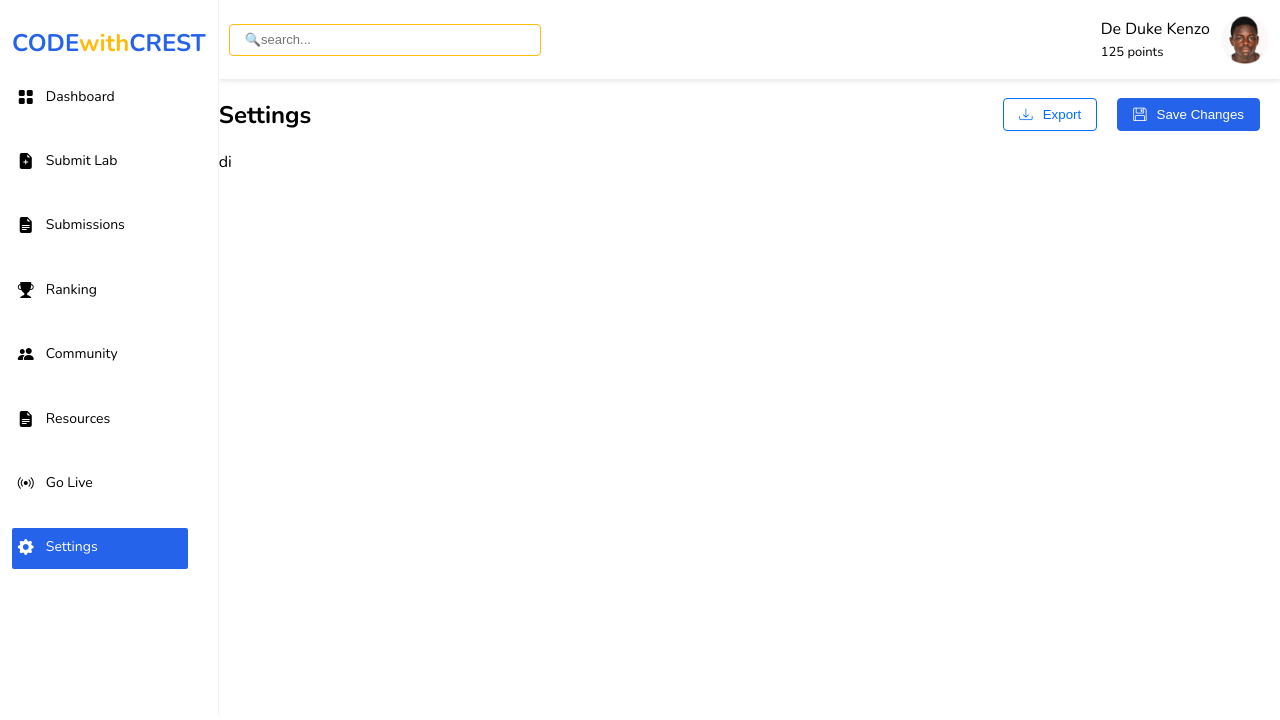
Repository: CarlTeclancing/codewithcrest
Page: /dashboard/settings
The author's editor kept a copy of each file at every save. The page is drawn from the files as they stood at one save, then again after the next save.
The browser window is 1280 px wide. The pictures show the whole page.
The project was rebuilt for these pictures with package versions that can differ from the ones it lists, and the page was loaded fresh each time. Also part of the build but not shown: vite.config.js, src/pages/Dashboard/dashboard.css, globals.js, src/pages/Dashboard/Dashboard.jsx, src/pages/ranking/ranking.css, src/components/UserCard.jsx, src/pages/ranking/Ranking.jsx, src/components/GuideLines.jsx and 18 more.

Above is the page before, as saved 2025-09-10 14:41:21.

### index.html
<!doctype html>
<html lang="en">
  <head>
    <meta charset="UTF-8" />
    <link rel="icon" type="image/svg+xml" href="./src/assets/react.svg" />
    <meta name="viewport" content="width=device-width, initial-scale=1.0" />
    <title>CODEwithCREST</title>
    <link rel="stylesheet" href="https://cdn.jsdelivr.net/npm/bootstrap-icons@1.13.1/font/bootstrap-icons.min.css">
    <!-- fonts-->
     <link rel="preconnect" href="https://fonts.googleapis.com">
     <link rel="preconnect" href="https://fonts.gstatic.com" crossorigin>
     <link href="https://fonts.googleapis.com/css2?family=Nunito:ital,wght@0,200..1000;1,200..1000&display=swap" rel="stylesheet">
  </head>
  <body>
    <div id="root"></div>
    <script type="module" src="/src/main.jsx"></script>
  </body>
</html>

### src/main.jsx
import { StrictMode } from 'react'
import { createRoot } from 'react-dom/client'
import './index.css'
import App from './App.jsx'
import 'react-responsive-modal/styles.css';


createRoot(document.getElementById('root')).render(
  <StrictMode>
    <App/>
  </StrictMode>,
)

### src/index.css
:root {
  /* CSS variables */
   --primary-color: #5B0C4E;
   --primary-color-hover: #5b0c4edc;
   --bg-color: #FFFAFE;
   --bg-white: #ffffff;
   --text-color: #262626;
   --border-color: #93B4FD;
   --bg-tab: #DECADB;

   --pending: #EA5254;
   --completed: #3CDA7D;
   --in-progress: #F9BD3B;

   --primary-white-color: white;
   --primary-black-color: black;
   --primary-error-color: red;
 }

body{
  /* border: solid 1px blue; */
  margin: 0%;
  width: 100%;
  height: auto;
  /* display: flex; */
  /* justify-content: center; */
  font-family: "Nunito", sans-serif;
  font-optical-sizing: auto;
  font-weight: 400;
  font-style: normal;
  overflow-x: hidden;
}
/* .post{
  width: 80%;
  display: flex;
  flex-direction: row;
  flex-wrap: wrap;
  align-items: center;
  justify-content: center;
}
.individual-post{
  width: 500px;
  height: auto;
  background-color: rgba(0, 0, 0, 0.05);
  margin: 12px;
  padding: 24px;
  border-radius: 12px;
  border: 1px solid rgba(0, 0, 0, 0.05);
  color: black;
} */

### src/App.jsx
import React  from 'react'
import { createBrowserRouter, RouterProvider ,Route ,Routes } from 'react-router-dom'

import Dashboard from './pages/Dashboard/Dashboard.jsx'
import Ranking from './pages/ranking/Ranking.jsx'
import Submission from './pages/submission/Submission.jsx'

import SubmitLab from './pages/submitLab/SubmitLab.jsx'
import Community from './pages/community/Community.jsx'
import Resources from './pages/resources/Resources.jsx'
import Assistant from './pages/assistant/Assistant.jsx'
import Login from './pages/auths/login/Login.jsx'
import Register from './pages/auths/register/_Register.jsx'
import PersonalInfo from './pages/auths/register/PersonalInfoForm.jsx'
import Experience from './pages/auths/register/ExperienceForm.jsx'
import Program from './pages/auths/register/ProgramForm.jsx'
import { UserProvider } from './providers/userProvider.jsx'
import DashboardLayout from './Layout/DashboardLayout.jsx'
import Subscribe from './pages/subscribe/Subscribe.jsx'
import GoLive from './pages/golive/GoLive.jsx'
import Setting from './pages/settings/Setting.jsx'

function App() {

  const router = createBrowserRouter([
    {path:'/', element:<Login />},
    // No landing page
    // Auth pages
    {path:'/login',  index:true,element:<Login />},
    {path:'/register', element:<Register />},
    {path:'/personal-information', element:<PersonalInfo />},
    {path:'/program', element:<Program />},
    {path:'/experience', element:<Experience/>},

    // Subscribtion page
    {
      path:'/subscribe',
      element:<Subscribe/>
    },

    // Dashboard pages
    {
      path:'/dashboard',
      element:<DashboardLayout/>,
      children:[
        {
          index:true,
          element:<Dashboard/>
        },
        {path:'submissions', element:<Submission />},
        {path:'submitlab', element:<SubmitLab />},
        {path:'community', element:<Community />},
        {path:'ranking', element:<Ranking />},
        {path:'resources', element:<Resources />},
        {path:'golive', element:<GoLive />},
        {path:'settings', element:<Setting />},

      ]
    },

    // {path:'/ranking', element:<Ranking />},
    // {path:'/bugtracking', element:<BugTracking />},
    // {path:'/hello', element:<Hello />},
    // {path:'/assistant', element:<Assistant />}

  ]);

  return (
    <>
      <UserProvider>
        <RouterProvider router={router} />
      </UserProvider>
    </>
  )
}

export default App

const Temp = () => {
  return(
    <>
      testing temp comp
    </>
  )
}

### src/providers/userProvider.jsx
import React ,{createContext ,useState} from "react";


const UserContext = createContext()

export const UserProvider = ({children}) => {
    const [user ,setUser] = useState()

    return (<UserContext.Provider value={{user:user ,setUser:setUser}}  >{children}</UserContext.Provider>)
}

export default UserContext

### src/Layout/DashboardLayout.jsx
import React from "react";
import Sidebar from "../components/Sidebar";
import { Outlet } from "react-router-dom";
import Header from "../components/Header";
import '../styles/layout.css'


const DashboardLayout = () => {
    return(
        <React.Fragment>
            <div style={{border:'solid 0px blue',display:'flex' }}>
                <Sidebar/>

                <div style={{border:'solid 0px red' ,flex:1 ,display:'flex', flexDirection:'column'}}>
                    <div>
                        <Header/>
                    </div>
                    <div>
                        <Outlet/>
                    </div>
                </div>
            </div>

        </React.Fragment>
    )
}

export default DashboardLayout

### src/pages/settings/Setting.jsx
import React, {useState ,useEffect} from 'react'

function Setting() {
  return (
    <div>
        <div style={{display:'flex', justifyContent:'space-between'}}>
            <h2>Settings</h2>
            <div style={{display:'flex', alignItems:'center'}}>
                <button className='btnl'>
                    <i class="bi bi-download" style={{marginRight:'10px'}}></i>
                    Export
                </button>
                <button>
                    <i class="bi bi-floppy" style={{marginRight:'10px'}} ></i>
                    Save Changes
                </button>
            </div>
        </div>

        di
    </div>
  )
}

export default Setting

### src/pages/submitLab/submitlab.css
.labs-container{
    display: flex;
    flex-direction: column;
    padding: 0px 10px;
    gap: 15px;
}
.lab-info{
    display: flex;
    padding: 20px;
    border-radius: 10px;
    flex-direction: column;
    border: 1px solid rgba(168, 122, 5 ,0.5);
}
.headline{
    display: flex;
    align-items: center;
    justify-content: space-between;
    line-height: 0%;
}
.headline h3{
    /* font-size: x-large; */
    font-weight:800;
}
.bottom-line{
    display: flex;
    align-items: center;
    justify-content: space-between;
    font-size: small;
}
.points{
    font-size: small;
}
.hashtags{
    /* width: auto; */
    border: solid 1px rgba(0,0,255 ,0.3);
    padding: 10px;
    font-size: x-small;
    color: #006EFF;
    border-radius: 6px;
    background-color: #E3F2FD;
}
.inactive-btn{
    color: #2563EB;
    background-color: white;
    border: solid 1px #2563EB;
}
.deadline{
    color: #006EFF;
    margin-right: 25px;
}
.task{
    color: grey;
}
.form-group{
  display: flex;
  align-items:center;
  margin-bottom: 15px;
}
.form-group > div {
  flex: 1; /* Makes both fields take equal space */
  margin-right: 10px;
}
.form-group > div:last-child {
  margin-right: 0; /* Remove margin from the last child */
}
button{
    color: black;
    padding: 5px 8px;
    margin-right: 20px;
}
button:hover, .button.active{
  cursor: pointer;
  border-radius: 2px;
  color: white;
  border: 1px solid #2563EB;
  background-color: #2563EB;
}
.upload{
    padding: 20px;
    width: 60%;
    height: 160px;
    place-self: center;
    display: flex;
    margin: 25px 0;
    border-radius: 5px;
    flex-direction: column;
    text-align: center;
    align-items: center;
    justify-content: center;
    border: 1px dashed black;
}
.upload input{
    padding: 5px 8px;
    place-self: center;
}
.upload span{
 color: #959595;
 font-size: 10px;
}

th{
    color: #959595;
    font-weight: lighter;
    background-color: #E3F2FD;
}
td{
    padding: 8px 15px;
    font-size: 12px;
    font-weight: lighter;
}
.url{
    color: #006EFF;
}
.nav{
    width: 95%;
    display: flex;
    align-items: center;
    justify-content: space-between;
}
label, input::placeholder{
    font-size: 13px;
}
.btnl{
    color: #006EFF;
    background-color: white;
    border: 1px solid #006EFF;
}
.bar a{
    color: black;
    font-weight: 12px;
    margin-left: 25px;
    font-weight: lighter;
    text-decoration: none;
}

### src/pages/community/community.css
.community-page{
    display: flex;
    gap: 20px;
    /* padding-right: 20px; */
}
.form-post span{
    margin-right: 10px;
}
.left-side{
    /* width: 60%; */
    flex: 1;
    display: flex;
    /* margin-right: 20px; */
    flex-direction: column;
}
.right-side{
    width: 250px;
    display: flex;
    flex-direction: column;
    font-size: small;
    gap: 15px;
}
.firstline{
    display: flex;
    align-items: center;
}
.contributor-info{
    display: flex;
    flex-direction: column;
    /* border: solid 1px red; */
    padding: 0;
    margin: 0;
    line-height: normal;
}
.contributors img{
  width: 40px;
  height: 40px;
  background-color: rgba(0,0,0,0.2);
  border-radius: 50%;
  margin-right: 20px;
}
input{
    height: 23px;
}
textarea{
    height: 70px;
}
input, textarea{
    width:90%;
    outline: none;
    padding: 5px 10px;
    border-radius: 3px;
    border: 1px solid #959595;
}
.bottom{
    display: flex;
    align-items: center;
    justify-content: space-between;
}
.add a{
    color: #959595;
    margin-right: 15px;
    text-decoration: none;
}
.bottom button{
    color: white;
    padding: 8px 12px;
    border-radius: 6px;
    border: 1px solid #9b83fc;
    background-color: #9b83fc;
}
.trends{
    display: flex;
    justify-content: space-between;
}
.hashtag{
    color: #9b83fc;
}
.top-contributors{
    display: flex;
    flex-direction: column;
    gap: 7px;
}
.contributors, .top-contributors{
    margin: 0% !important;
}
.contributors{
    display: flex;
    align-items: center;
}
.contributor-point{
    color: #959595;
}
.suggestion{
    padding: 5px 10px;
    margin-bottom: 10px;
    border-radius: 4px;
    background-color: #f3f2f2;
}
.level-name{
    color: #16A34A;
}
.suggestion p, .level-point{
    color: #959595;
}
.post-profile{
    display: flex;
    padding: 10px 0px;
    align-items: center;
    gap: 5px;
}
.form-post{
    padding: 0px 20px;
    border-radius: 3px;
    margin-bottom: 10px;
    border: 1px solid #959595;
}
.post-profile img{
    width: 45px;
    height: 45px;
    background-color: rgba(0,0,0,0.2);
    border-radius: 20px;
}
.post-profile .name{
    font-weight: bold;
}
.post-profile .time{
    font-size: small;
    color: grey;
}
.post-profile-info{
    display: flex;
    flex-direction: column;
}

### src/pages/resources/resource.css
button{
  color: white;
  padding: 8px 15px;
  border-radius: 4px;
  background-color: #2563EB;
  border: 1px solid #2563EB;
}
.library{
    display: flex;
    padding: 10px;
    border-radius: 5px;
    flex-direction: column;
    border: 1px solid rgba(0,0,0,0.2);
}
.nav-link{
    display: flex;
    align-items: center;
    justify-content: space-between;
}
.nav-link a, .bln{
    padding: 5px 10px;
    color: black;
    text-decoration: none;
    border-radius: 5px;
    background-color: #f0efef;
}
.nav-link a:hover{
    color: white;
    background-color: #2563EB;
}
.nav{
    display: flex;
    width: 40%;
    flex-direction: left;
}
.resource-block{
    /* width: 100%; */
    display: flex;
    overflow: hidden;
    justify-content: space-between;
}
.resource-box{
    min-width: 275px;
    height: 150px;
    padding: 0px 15px;
    /* margin-right: 15px; */
    border-radius: 5px;
    /* margin-bottom: 10px; */
    border: 1px solid rgba(0,0,0,0.2);
}
.left-block{
    /* width: 73%; */
    flex: 1;
    /* border: solid 1px red; */
    display: flex;
    gap: 10px;
    row-gap: 0px;
    flex-wrap: wrap;
}
.right-block{
 width: 200px;
 font-size: small;
 display: flex;
 flex-direction: column;
 gap: 10px;
}
.right-bar{
 padding:10px 15px;
 border-radius: 5px;
 border: 1px solid rgba(0,0,0,0.2);
}
.post-profile-info .name{
    margin: 0%;
}
.headline{
    display: flex;
    justify-content: space-between;
    gap: 20px;
}
.headline span{
    /* text-align: center; */
}
.top-value{
    color: #2563EB;
}
.quote{
    color: #2563EB;
    margin-top: 25px;
    padding:10px 15px;
    text-align: center;
    border-radius: 5px;
    background-color: #cce0f4;
    border: 1px solid #2563EB;
}
.goal{
    color: #2563EB;
    text-align: center;
    font-weight: bolder;
}
.weekly{
    text-align: center;
}
.weekly progress{
    background-color: #FFBC10;
}
.weekly progress::-webkit-progress-value {
  background-color: #FFBC10;
  border-radius: 10px;
  height: 8px;
}
.column{
    padding: 5px 10px;
    border-radius: 10px;
    margin-bottom: 10px;
    border-left: 3px solid #FFBC10;
    background-color: #d7e6f5;
}
.column h4{
    margin: 7px;
}
.column p{
    margin: 0%;
    font-size: 12px;
    line-height: 17px;
}
.p{
    color: #959595;
}
.assistant{
    display: flex;
    flex-direction: column;
}
.assistant h1, .assistant p{
    text-align: center;
}
.assistant h1{
    margin: 0%;
}
.assist{
    width: 60%;
    display: flex;
    margin-top: 40px;
    place-self: center;
    flex-direction: column;
}
.box-suggest{
    /* border:solid 1px red; */
    width: 100%;
    display: flex;
    flex-wrap: wrap;
    align-items: center;
    gap: 10px;
    justify-content: space-evenly;
}
.suggest{
    cursor: pointer;
    padding: 20px;
    font-size: smaller;
    color: #2563EB;
    text-align: center;
    border-radius: 5px;
    font-weight: bold;
    border: 1px solid #c3c3c3;
}

### src/components/Sidebar.jsx
import React from 'react'
import { Link  ,useLocation } from 'react-router-dom'
import '../styles/sideBarStyles.css'


function Sidebar() {

   const location = useLocation()

   return (
    <div className='sidebar-admin'>
         <h2 className="logo p-10"><span>CODE</span>with<span>CREST</span></h2>
         <div className="navbar p-10">
               <Link className={`section ${location.pathname === "/dashboard" ? "active" : ""}`} to="/dashboard" >
                  <i className="bi bi-grid-fill"></i>
                  <span className='nav-element'>Dashboard</span>

               </Link>
               <Link className={`section ${location.pathname === "/dashboard/submitlab" ? "active" : ""}`} to="/dashboard/submitlab">
                  <i class="bi bi-file-earmark-plus-fill"></i>
                  <span className='nav-element'>Submit Lab</span>
               </Link>
               <Link className={`section ${location.pathname === "/dashboard/submissions" ? "active" : ""}`} to="/dashboard/submissions">
                  <i class="bi bi-file-earmark-text-fill"></i>
                  <span className='nav-element'>Submissions</span>
               </Link>
               <Link className={`section ${location.pathname === "/dashboard/ranking" ? "active" : ""}`} to="/dashboard/ranking">
                  <i class="bi bi-trophy-fill"></i>
                  <span className='nav-element'>Ranking</span>
               </Link>
               <Link className={`section ${location.pathname === "/dashboard/community" ? "active" : ""}`} to="/dashboard/community">
                  <i class="bi bi-people-fill"></i>
                  <span className='nav-element'>Community</span>
               </Link>
               <Link className={`section ${location.pathname === "/dashboard/resources" ? "active" : ""}`} to="/dashboard/resources">
                  <i class="bi bi-file-earmark-text-fill"></i>
                  <span className='nav-element'>Resources</span>
               </Link>
               <Link className={`section ${location.pathname === "/dashboard/golive" ? "active" : ""}`} to="/dashboard/golive">
                  <i class="bi bi-broadcast"></i>
                  <span className='nav-element'>Go Live</span>
               </Link>
               <Link className={`section ${location.pathname === "/dashboard/settings" ? "active" : ""}`} to="/dashboard/settings">
                  <i class="bi bi-gear-fill"></i>
                  <span className='nav-element'>Settings</span>
               </Link>
         </div>

      </div>
  )
}

export default Sidebar

### src/components/Header.jsx
import React ,{useState ,useEffect} from 'react'
// import  './layout.css'
import Img1 from '../assets/img1.jpg'


function Header() {

  const [showMenu ,setShowMenu] = useState(false)

  useEffect(()=>{
    if(window.innerWidth <= 500){
      setShowMenu(true)
    }
  },[window.innerWidth])
  console.log(showMenu);


  return (
    <div className='head'>
      {/* {showMenu && <div>
          <span className='bi bi-menu'>🍺</span>
      </div>} */}

      {/* <h2 className="logo"><span>CODE</span>with<span>CREST</span></h2> */}
        <div>
          <span style={{display:'flex', alignItems:'center'}}>
            <input type="text"  className='search' placeholder='🔍search...  '/>
          </span>
        </div>

        <div className="profile" style={{cursor:'pointer'}}>
            <p className='name'>De Duke Kenzo<br/><span className='points'>125 points</span></p>
            <img src={Img1} alt="" />
        </div>
    </div>
  )
}

export default Header

### src/styles/layout.css
.guidelines{
  /* border: solid 1px cyan; */
  padding: 5px;
}
.guide{
  width: 250px;
  border-radius: 10px;
  font-size: small;
  border: 1px solid #93B4FD;
  background-color: #F0F9FF;
  padding:10px;
  display: flex;
  flex-direction: column;
  color: grey;
}
.guide h3{
  color: black;
  /* line-height: normal; */
}
.guide ul{
  list-style: none;
}
.guide-container{
  /* width: 100%; */
  display: flex;
  flex-wrap: wrap;
  gap: 15px;
  /* justify-content: space-between; */
}
.guide-container div:first-child{
  border-left: 4px solid var(--primary-color);
}
.guide-container div:nth-child(2){
  border-left: 4px solid var(--primary-error-color);
  /* margin-left: 12px; */
}
.guide-container div:nth-child(3){
  border-left: 4px solid var(--completed);
  /* margin-left: 12px; */
}

.nav-element{
  margin-left: 12px;
  font-size: 14px;
  width: 100%;
}

.head{
  padding: 10px;
  height:59px;
  /* width: 98%; */
  display: flex;
  align-items: center;
  justify-content: space-between !important;
  background-color: #ffffff;
  box-shadow: 0 2px 5px rgba(0, 0, 0, 0.1);
}

.icon{
  margin-right: 10px;
}
.search{
  width: 280px;
  height: 30px;
  outline: none;
  border-radius: 4px;
  border: 1px solid #FFBC10;
  padding: 0 15px;
}
.profile{
  display: flex;
  align-items: center;
}
.profile img{
  width: 50px;
  border-radius: 50%;
  margin-left: 10px;
}

.dashboard-container{
  padding: 10px;
  padding-bottom: 50px;
  /* border: solid 1px green; */
  overflow: auto;
  display: flex;
  flex-direction: column;
  gap: 20px;
}

### src/styles/sideBarStyles.css
.sidebar-admin{
  top: 0;
  max-width: 200px;
  display: flex;
  padding: 12px;
  flex-direction: column;
  background-color: #ffffff;
  scroll-behavior: smooth;
  border-right: solid 1px rgba(0,0,0,0.05);
  /* border: solid 1px red; */
  position: sticky;
  height: 96vh;
}
.sidebar-admin a{
  text-decoration: none;
  color: black;
  margin-bottom: 20px;
  background-color: rgba(255, 255, 255, 0.527);
  border-radius: 3px;
  transition: 0.3s, color 0.3s;
  display: flex;
}
.navbar{
  display: flex;
  flex-direction: column;
  justify-content: space-between;
}
.logo{
 margin:0px;
 font-weight: bolder;
 color: #FFBC10;
 line-height: normal;
 padding: 15px 0px;
}
.logo span{
  color: #2563EB;
}
.section{
  margin: 3px 0;
  width: 85%;
  padding: 5% 3%;
  border-radius: 2px;
}
.section:hover, .section.active{
  cursor: pointer;
  border-radius: 2px;
  color: white;
  background-color: #2563EB;
}

@media screen and (max-width:500px) {
.sidebar-admin{
  border: solid 1px red;
  padding: 0px;
  max-width: 0px;
  overflow: hidden;
}

}

After the next save:
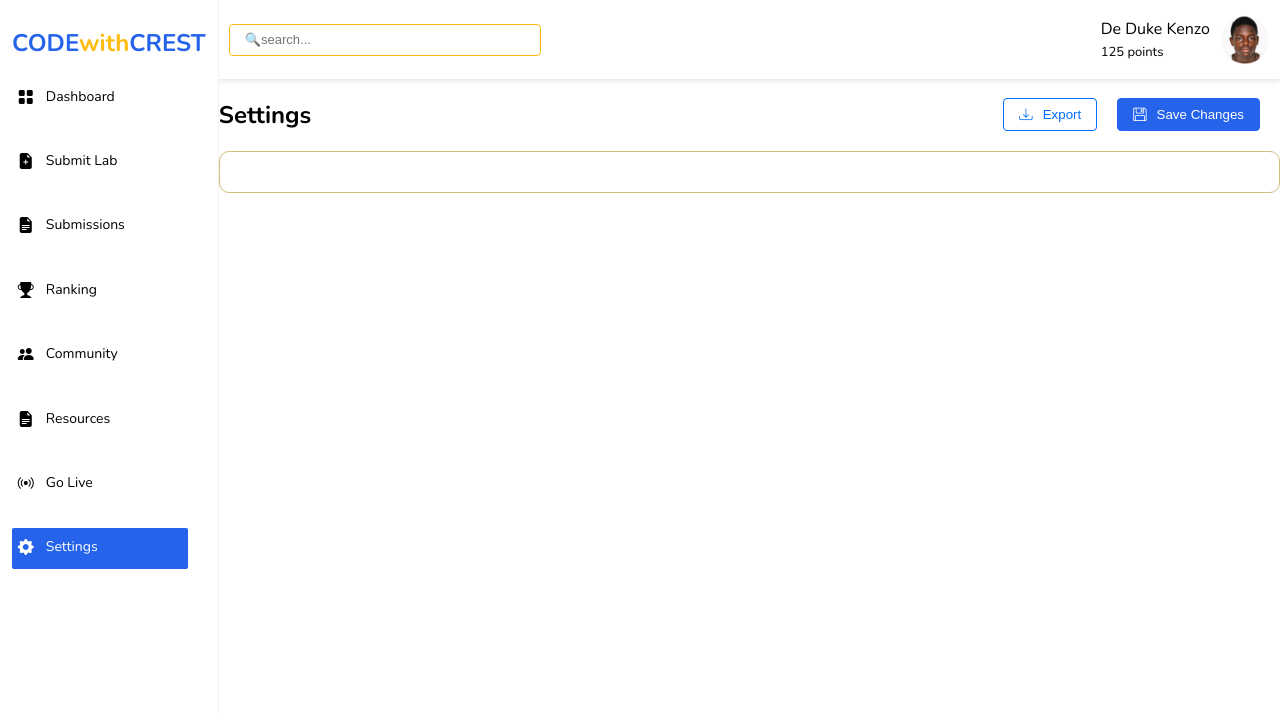
Saved 10 s later.
--- a/src/pages/settings/Setting.jsx
+++ b/src/pages/settings/Setting.jsx
@@ -17,7 +17,9 @@ function Setting() {
             </div>
         </div>
 
-        di
+        <div className="lab-info">
+
+        </div>
     </div>
   )
 }
